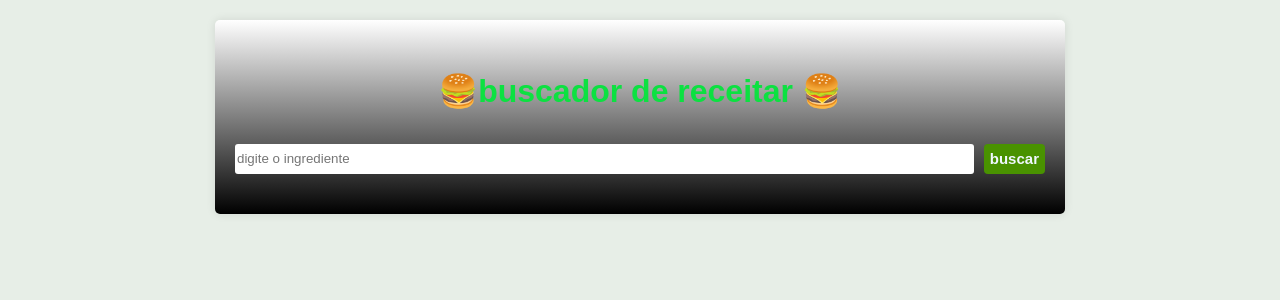
Repository: RoneT9/Receitas
Page: receita.html
An editor plug-in stored every save of this project. The page is shown before and after the next save, followed by the edit.
The browser window is 1280 px wide. The pictures show the whole page.

Above is the page before, as saved 2026-02-08 16:52:50.

After the next save:
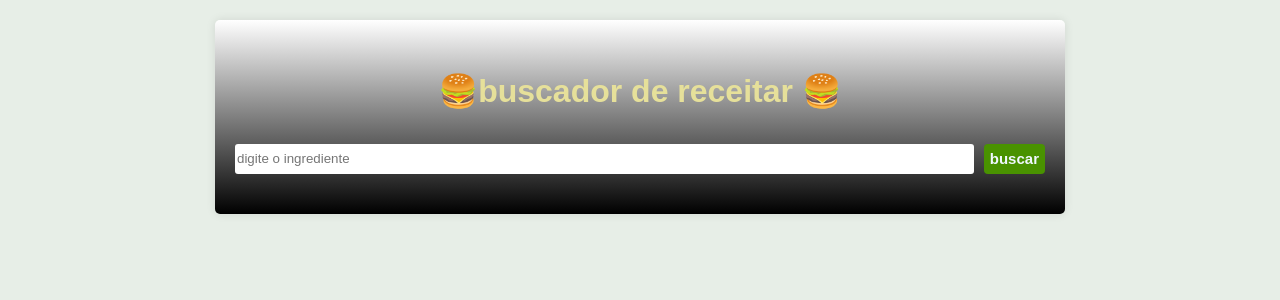
Saved 2 min 16 s later.
--- a/receita.css
+++ b/receita.css
@@ -16,7 +16,7 @@ body {
 }
 
 h1 {
-  color: rgb(12, 225, 65);
+  color: rgb(230, 224, 154);
   text-align: center;
 }
 
